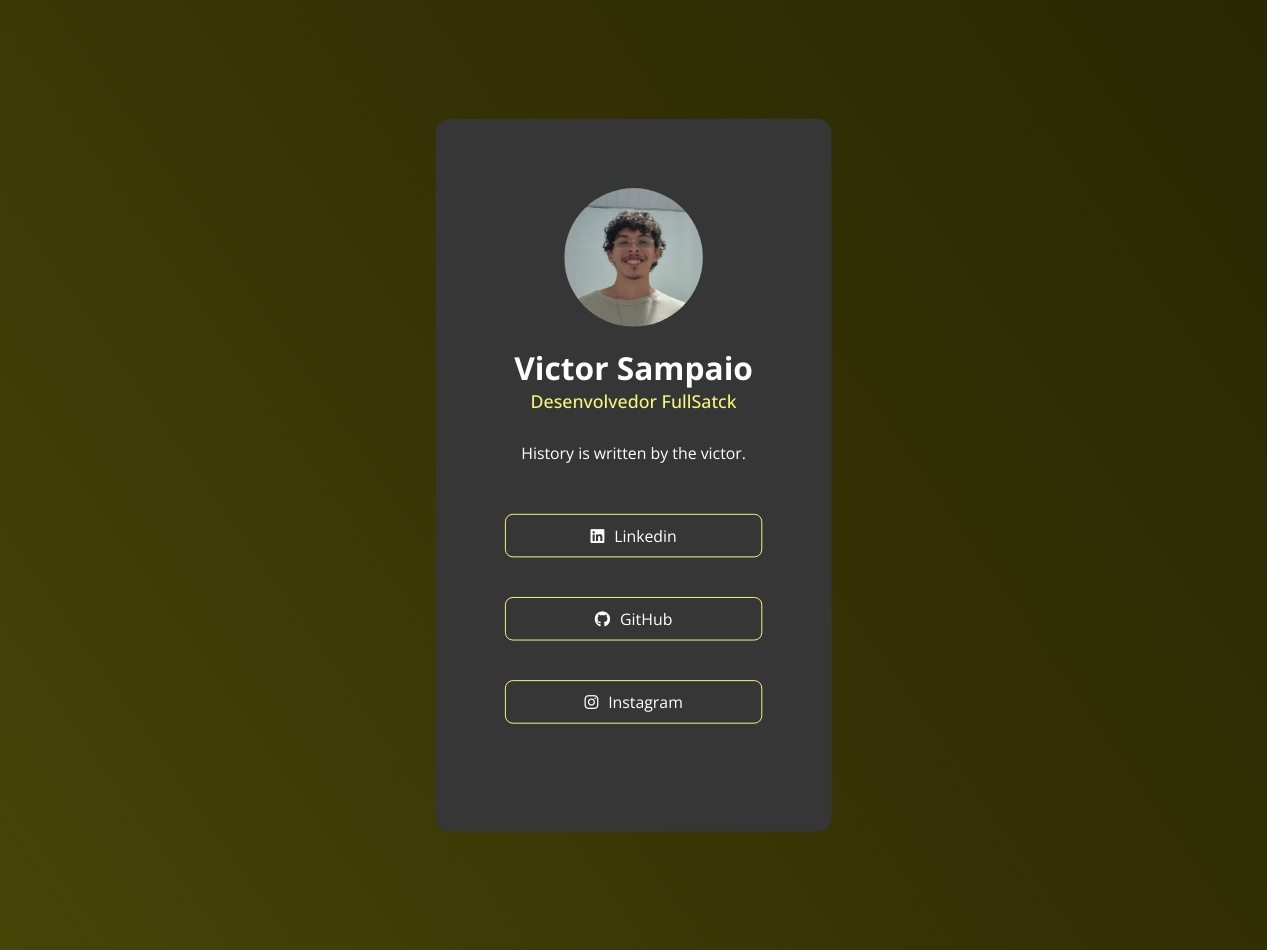
Repository: VictorSampaioDev/linkthree-gt9
Page: index.html
These files come from the project's save history. The page is drawn as it stood at one moment and after the next save; the edit follows.
The browser window is 1280 px wide. The pictures show the whole page, at 99% of full size.

Above is the page before, as saved 2025-04-11 16:24:23.

After the next save:
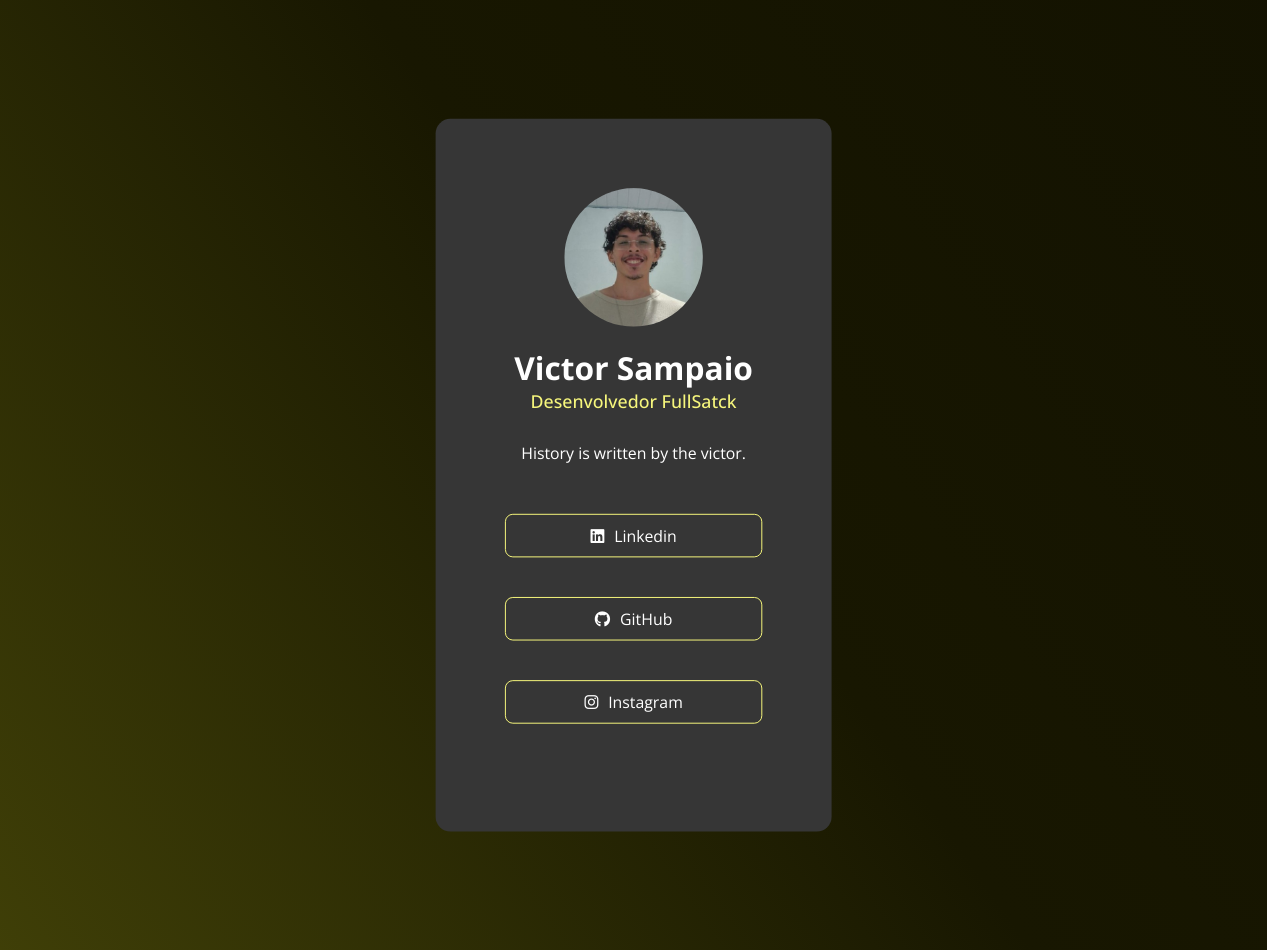
Saved 5 s later.
--- a/style.css
+++ b/style.css
@@ -8,7 +8,7 @@
     box-sizing: border-box;
 }
 body{
-    background: linear-gradient(55deg, rgb(74, 74, 9) 0%, rgb(52, 50, 4) 23%,rgb(0, 0, 0) 100%);
+    background: linear-gradient(55deg, rgb(74, 74, 9) 0%, rgb(24, 23, 1) 23%,rgb(0, 0, 0) 100%);
     animation: gradientShift 6s ease infinite;
     background-size: 400%;
 
